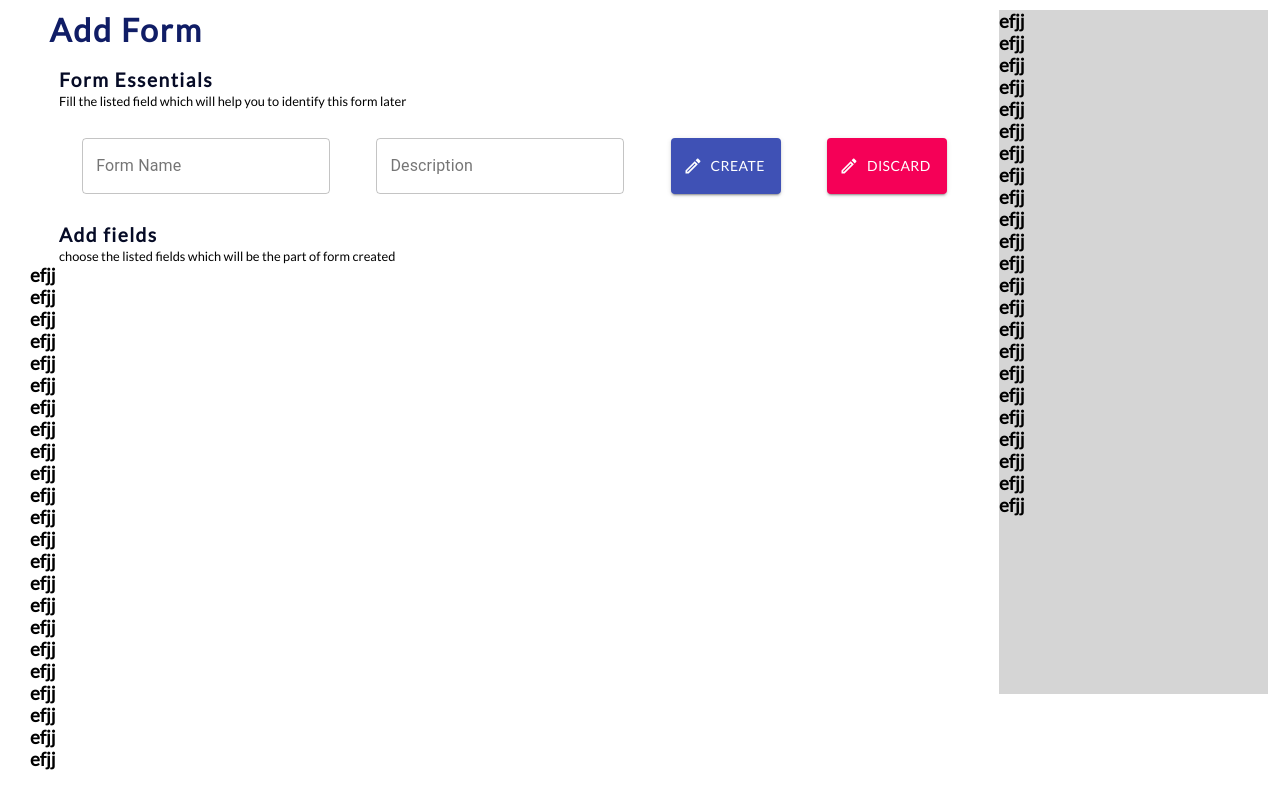
Repository: Architjain128/df
Page: /add
An editor plug-in stored every save of this project. The page is shown before and after a run of saves, followed by the edit.
The browser window is 1280 px wide. The pictures show the whole page.
The project was rebuilt for these pictures with package versions that can differ from the ones it lists, and the page was loaded fresh each time. Also part of the build but not shown: src/App.css, src/dftable.js, src/dataForm.js.

Above is the page before, as saved 2021-06-25 16:01:47.

After the next 2 saves:
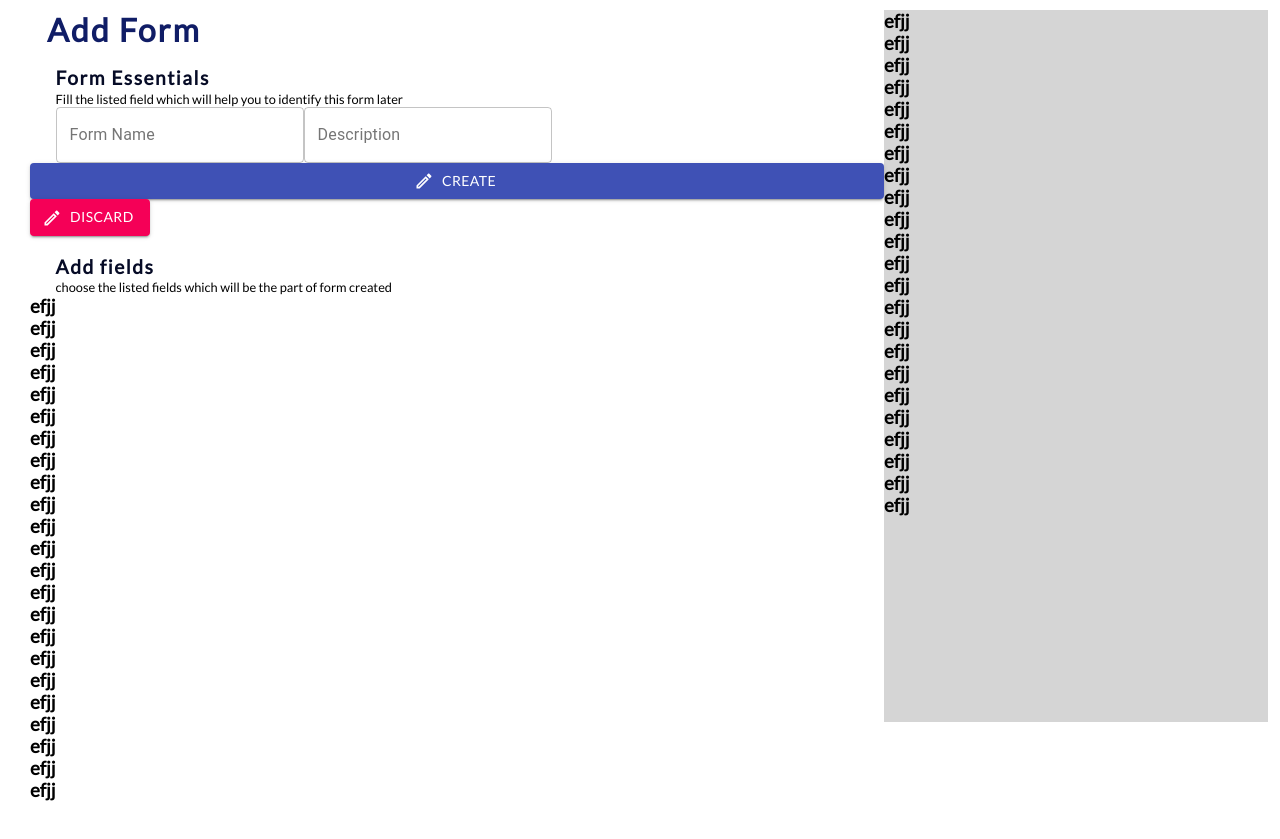
The 2 saves are shown as one change because they came seconds apart.
The last was saved 2 min 25 s later.
--- a/src/dataForm.css
+++ b/src/dataForm.css
@@ -95,7 +95,7 @@
 }
 .df-form-ess{
   padding: 3%;
-  display: flex;
+  display: inline;
   justify-content: space-around;
 }
 .df-form-ess TextField{
